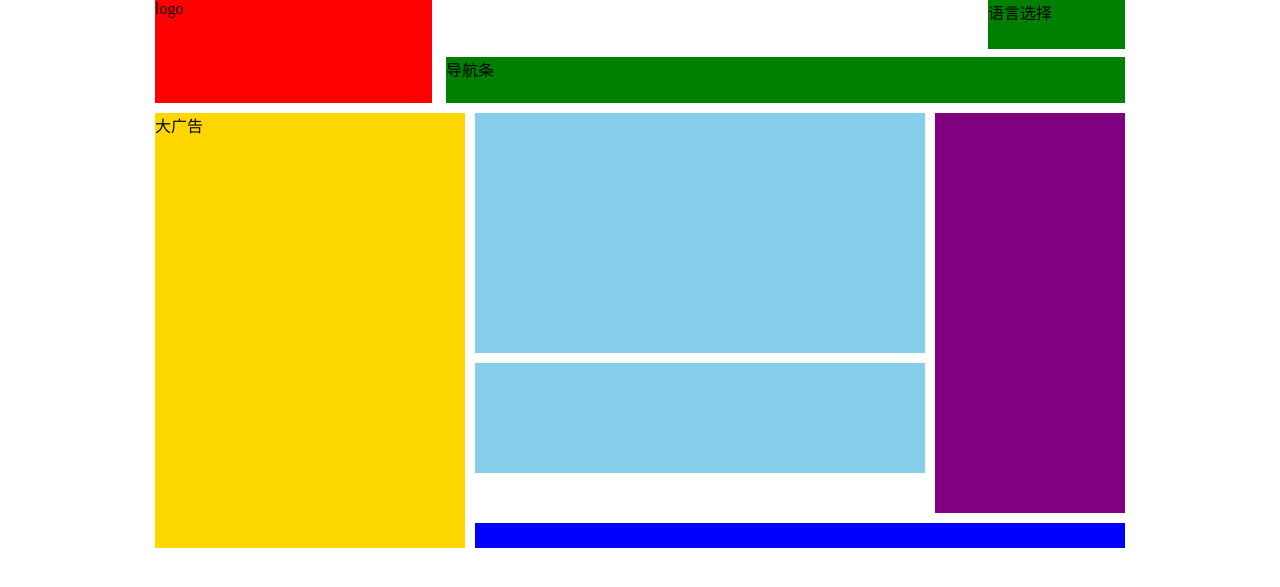
Repository: Germtao/Web
Page: web_css/css_浮动.html
These files come from the project's save history. The page is drawn as it stood at one moment and after the next save; the edit follows.
The browser window is 1280 px wide. The pictures show the whole page.

Above is the page before, as saved 2020-10-30 10:39:37.

### web_css/css_浮动.html
<!DOCTYPE html>
<html lang="en">

<head>
  <meta charset="UTF-8">
  <meta name="viewport" content="width=device-width, initial-scale=1.0">
  <title>css-浮动</title>

  <!-- <style type="text/css">
    span {
      font-size: 100px;
    }
  </style> -->

  <!-- 行内元素和块级元素 -->
  <!-- 行内元素和块级元素的区别：
    行内元素：
      - 与其他行内元素并排
      - 不能设置宽、高。默认的宽度，就是文字的宽度
    块级元素：
      - 霸占一行，不能与其他任何元素并列
      - 能接受宽、高。如果不设置宽度，那么宽度将默认变为父亲的100%
   -->
  <!-- <style type="text/css">
    h1 {
      background-color: pink;
      width: 500px;
      height: 80px;
    }

    span {
      display: block;
      background: red;
      /* 设置无效 */
      width: 500px;
      height: 80px;
    }

    div {
      display: inline;
      background-color: pink;
      width: 500px;
      height: 80px;
    }
  </style> -->

  <!-- css中一共有三种手段，使一个元素脱离标准文档流：
    1. 浮动
    2. 绝对定位
    3. 固定定位
   -->
  <!-- <style type="text/css">
    .box1 {
      float: left;
      width: 200px;
      height: 200px;
      background-color: yellowgreen;
    }

    .box2 {

      width: 300px;
      height: 300px;
      background-color: skyblue;
    }
  </style> -->

  <!-- 性质2：浮动的元素互相贴靠 -->
  <!-- <style type="text/css">
    div {
      font-size: 100px;
    }

    .div1 {
      float: left;
      background-color: greenyellow;
      width: 200px;
      height: 300px;
    }

    .div2 {
      float: left;
      background-color: pink;
      width: 100px;
      height: 200px;
    }

    .div3 {
      float: left;
      background-color: skyblue;
      width: 300px;
      height: 300px;
    }
  </style> -->

  <!-- 性质3：浮动的元素有“字围”效果 -->
  <!-- <style type="text/css">
    div {
      float: left;
    }

    p {
      background-color: pink;
    }
  </style> -->

  <!-- 浮动的补充 -->
  <!-- <style type="text/css">
    * {
      margin: 0px;
      padding: 0px;
    }

    div {
      width: 400px;
      height: 400px;
      background-color: pink;
    }

    .para1 {
      float: left;
      width: 100px;
      height: 300px;
      background-color: blue;
    }

    .para2 {
      float: left;
      width: 250px;
      height: 300px;
      background-color: green;
    }
  </style> -->

  <style type="text/css">
    * {
      margin: 0px;
      padding: 0px;
    }

    .header {
      width: 970px;
      height: 103px;
      /* 居中 */
      margin: 0 auto;
    }

    .header .logo {
      float: left;
      width: 277px;
      height: 103px;
      background-color: red;
    }

    .header .language {
      float: right;
      width: 137px;
      height: 49px;
      background-color: green;
      margin-bottom: 8px;
    }

    .header .nav {
      float: right;
      width: 679px;
      height: 46px;
      background-color: green;
    }

    .content {
      width: 970px;
      height: 435px;
      margin: 0 auto;
      margin-top: 10px;
    }

    .content .banner {
      float: left;
      width: 310px;
      height: 435px;
      background-color: gold;
      margin-right: 10px;
    }

    .content .rightPart {
      float: left;
      width: 650px;
      height: 435px;
    }

    .content .rightPart .main {
      width: 650px;
      height: 400px;
      margin-bottom: 10px;
    }

    .content .rightPart .links {
      width: 650px;
      height: 25px;
      background-color: blue;
    }

    .content .rightPart .main .news {
      float: left;
      width: 450px;
      height: 400px;
    }

    .content .rightPart .main .hotpic {
      float: left;
      width: 190px;
      height: 400px;
      background-color: purple;
      margin-left: 10px;
    }

    .content .rightPart .main .news .news1 {
      width: 450px;
      height: 240px;
      background-color: skyblue;
      margin-bottom: 10px;
    }

    .content .rightPart .main .news .news2 {
      width: 450px;
      height: 110px;
      background-color: skyblue;
      margin-bottom: 10px;
    }
  </style>

</head>

<body>
  <!-- <p>
    哈哈
    <span>王者荣耀</span>
    哈哈哈哈哈哈哈
    <img src="http://img.smyhvae.com/20170729_1445.png" alt="">
    <img src="http://img.smyhvae.com/20170729_1502.png" alt="">
  </p> -->

  <!-- 行内元素和块级元素 -->
  <!-- <h1>内容1</h1>
  <h1>内容2</h1>

  <span>内容3</span>
  <span>内容4</span>

  <div>我是大标题</div> -->

  <!-- 浮动 -->
  <!-- <div class="box1"></div>
  <div class="box2"></div> -->

  <!-- 性质2：浮动的元素互相贴靠 -->
  <!-- <div class="div1">1</div>
  <div class="div2">2</div>
  <div class="div3">3</div> -->

  <!-- 性质3：浮动的元素有“字围”效果 -->
  <!-- <div>
    <img src="./img/倪妮.jpg">
  </div>
  <p>倪妮----xxxxxxxxxxxxxxxxxxxxxxxxxxxxxxxxxxxxxxxxxxxxxxxxxxxxxxxxxxxxxxxxxxxxxxxxxxxxxxxxxxxxxxxxxxxxxxxxxxxxxxxxxx
    xxxxxxxxxxxxxxxxxxxxxxxxxxxxxxxxxxxxxxxxxxxxxxxxxxxxxxxxxxxxxxxxxxxxxxxxxxxxxxxxxxxxxxxxxxxxxxxxxxxxxxxxxxxxxxxxx
    xxxxxxxxxxxxxxxxxxxxxxxxxxxxxxxxxxxxxxxxxxxxxxxxxxxxxxxxxxxxxxxxxxxxxxxxxxxxxxxxxxxxxxxxx
  </p> -->

  <!-- 浮动的补充 -->
  <!-- <div>
    <p class="para1">1</p>
    <p class="para2">2</p>
  </div> -->

  <!-- 头部 -->
  <div class="header">
    <div class="logo">logo</div>
    <div class="language">语言选择</div>
    <div class="nav">导航条</div>
  </div>

  <!-- 主要内容 -->
  <div class="content">
    <div class="banner">大广告</div>
    <div class="rightPart">
      <div class="main">
        <div class="news">
          <div class="news1"></div>
          <div class="news2"></div>
          <div class="news3"></div>
        </div>
        <div class="hotpic"></div>
      </div>
      <div class="links"></div>
    </div>
  </div>

  <!-- 页尾 -->
  <div class="footer"></div>
</body>

</html>

After the next save:
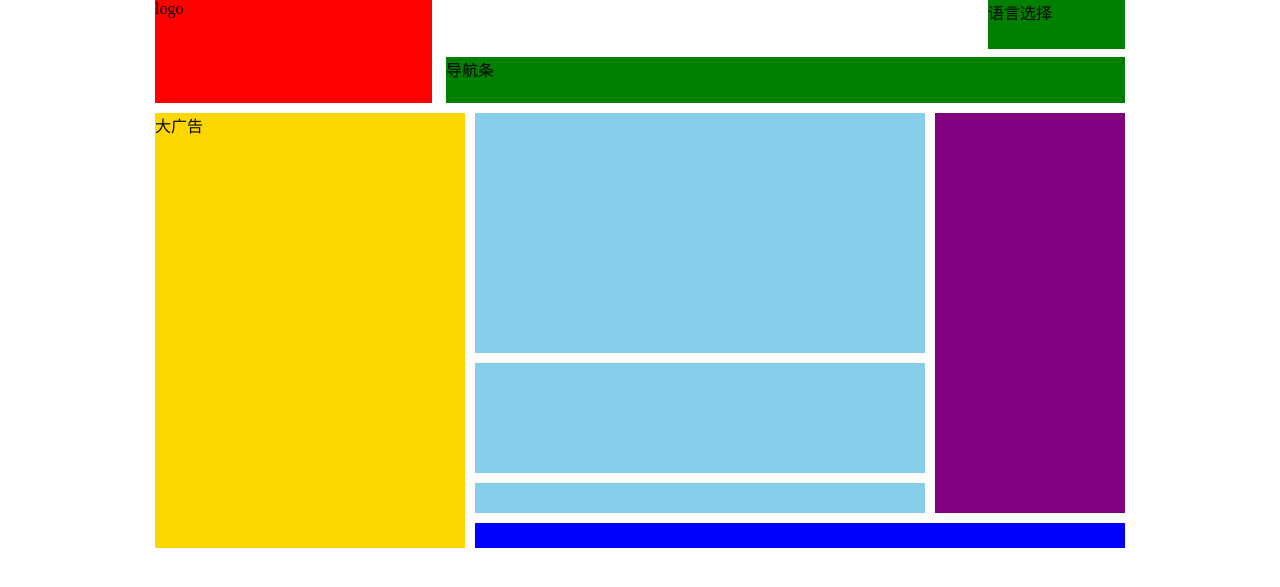
Saved 35 s later.
--- a/web_css/css_浮动.html
+++ b/web_css/css_浮动.html
@@ -226,6 +226,12 @@
       height: 110px;
       background-color: skyblue;
       margin-bottom: 10px;
+    }
+
+    .content .rightPart .main .news .news3 {
+      width: 450px;
+      height: 30px;
+      background-color: skyblue;
     }
   </style>
 
